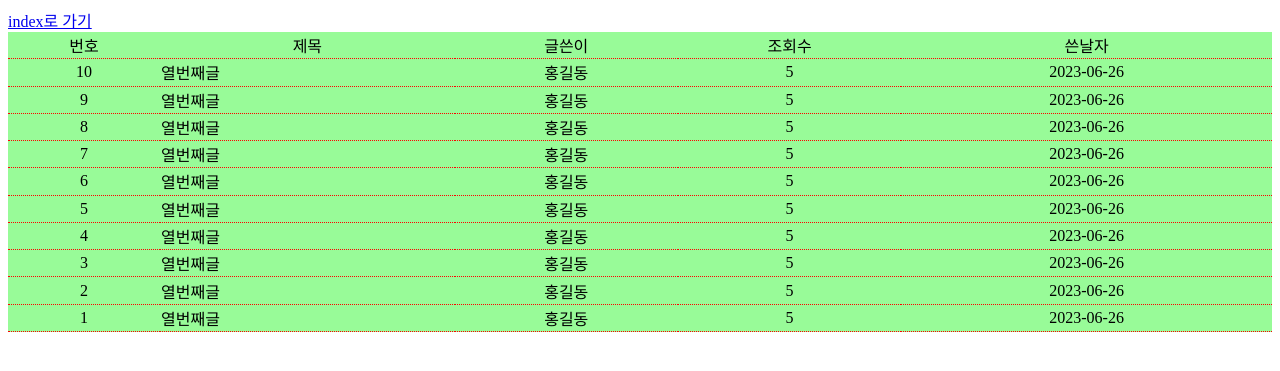
Repository: popll1/Pleiades
Page: http://localhost/jun261/main.jsp
These files come from the project's save history. The page is drawn as it stood at one moment and after the next save; the edit follows.
The browser window is 1280 px wide. The pictures show the whole page.
The page is served by Tomcat 9.

Above is the page before, as saved 2023-06-26 06:44:27.

### jun261/src/main/webapp/main.jsp
<%@ page language="java" contentType="text/html; charset=EUC-KR"
    pageEncoding="UTF-8"%>
<!DOCTYPE html>
<html>
<head>
<meta charset="EUC-KR">
<title>main</title>
<style type="text/css">
 /* 스타일영역입니다 */
 table {
    width : 100%;
    height: 500px;
    background-color: gray;
    border-collapse : collapse;
 }
 td {
    border-bottom : 1px red dotted ;
    text-align: center;
 }
 /* id="title" --> #title */
 #title {
    text-align: left;
    }
/* 호버 */
 tr:hover {

	background-color: silver;
	color :red;

}


 	</style>
</head>
<body>
	<a href = "./index.jsp">index로 가기 </a>
	<table style = "width: 100%; height : 300px; background-color: #98FB98;">
		<tr>
			<td style ="width = 10%">번호</td>
			<td style ="width = 50%">제목</td>
			<td style ="width = 10%">글쓴이</td>
			<td style ="width = 10%">조회수</td>
			<td style ="width = 20%">쓴날자</td>
		</tr>
		<%for(int i = 10; i > 0; i--){ %>
		<tr>
			<td ><%=i %></td>
			<td id="title" title = " 마우스 올리면 나올글">열번째글</td>
			<td>홍길동</td>
			<td>5</td>
			<td>2023-06-26</td>
		</tr>
		<%} %>
		</table>





</body>
</html>

After the next save:
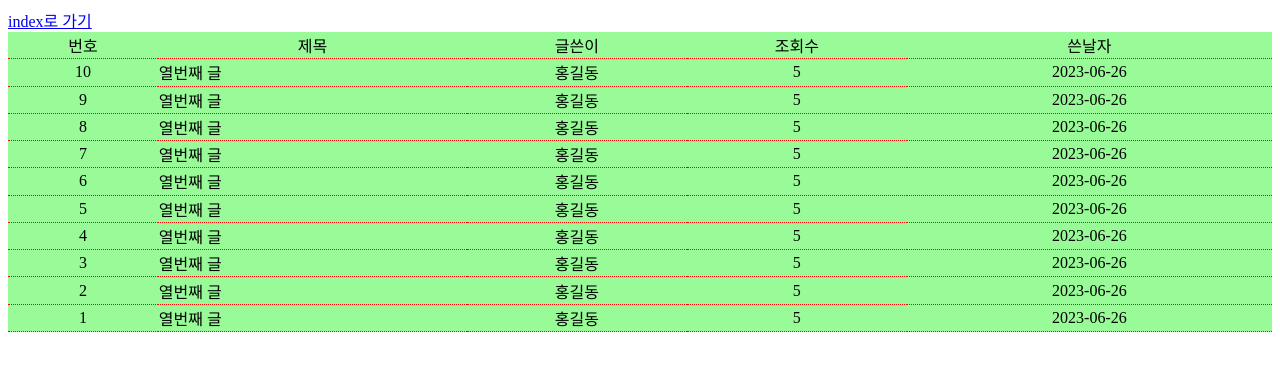
Saved 15 s later.
--- a/jun261/src/main/webapp/main.jsp
+++ b/jun261/src/main/webapp/main.jsp
@@ -45,7 +45,7 @@
 		<%for(int i = 10; i > 0; i--){ %>
 		<tr>
 			<td ><%=i %></td>
-			<td id="title" title = " 마우스 올리면 나올글">열번째글</td>
+			<td id="title" title = " 마우스 올리면 나올글">열번째 글</td>
 			<td>홍길동</td>
 			<td>5</td>
 			<td>2023-06-26</td>
